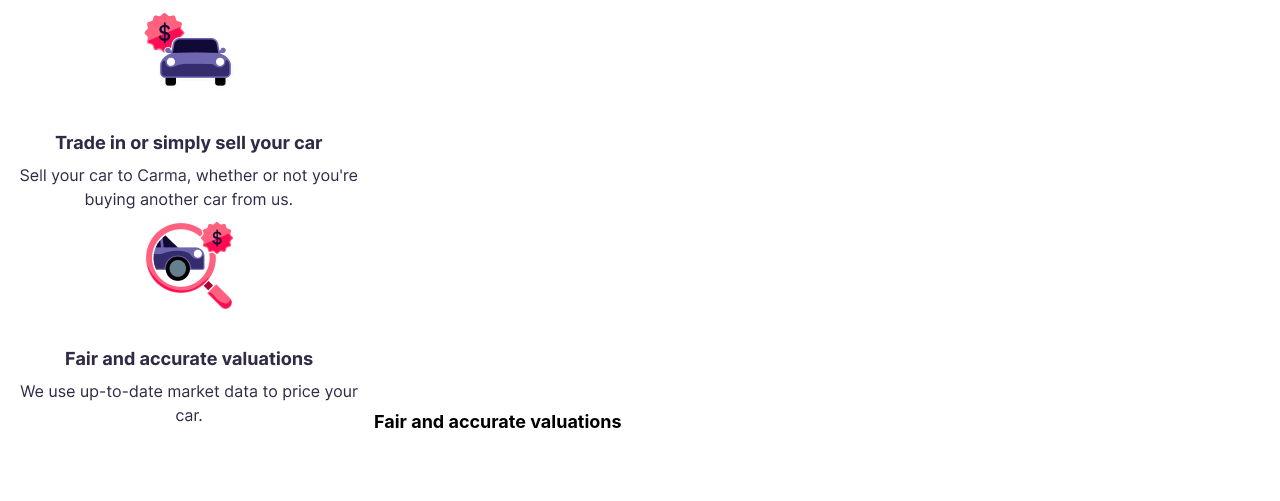
Repository: KHANas02/project
Page: index.html
The author's editor kept a copy of each file at every save. The page is drawn from the files as they stood at one save, then again after the next save.
The browser window is 1280 px wide. The pictures show the part of the page from y = 508 to 1009 px (the page is 1009 px tall before and 966 px after).

Above is the page before, as saved 2024-03-30 23:01:09.

After the next save:
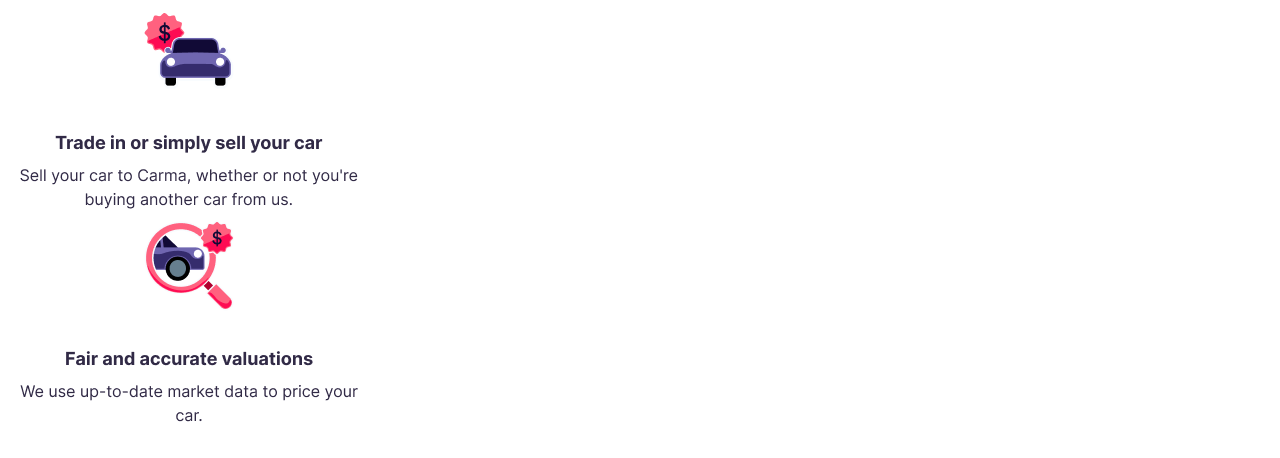
Saved 11 s later.
--- a/index.html
+++ b/index.html
@@ -27,8 +27,7 @@
 </div>
 <div class="seciton2img2">
 <img src="div (2).png" alt="" class="section2img2">
-<b class="section2text1">Fair and accurate valuations</b> <br> <br>
-<h1></h1>
+
 </div>
 <div class="seciton2img3">
 <img src="" alt="">
